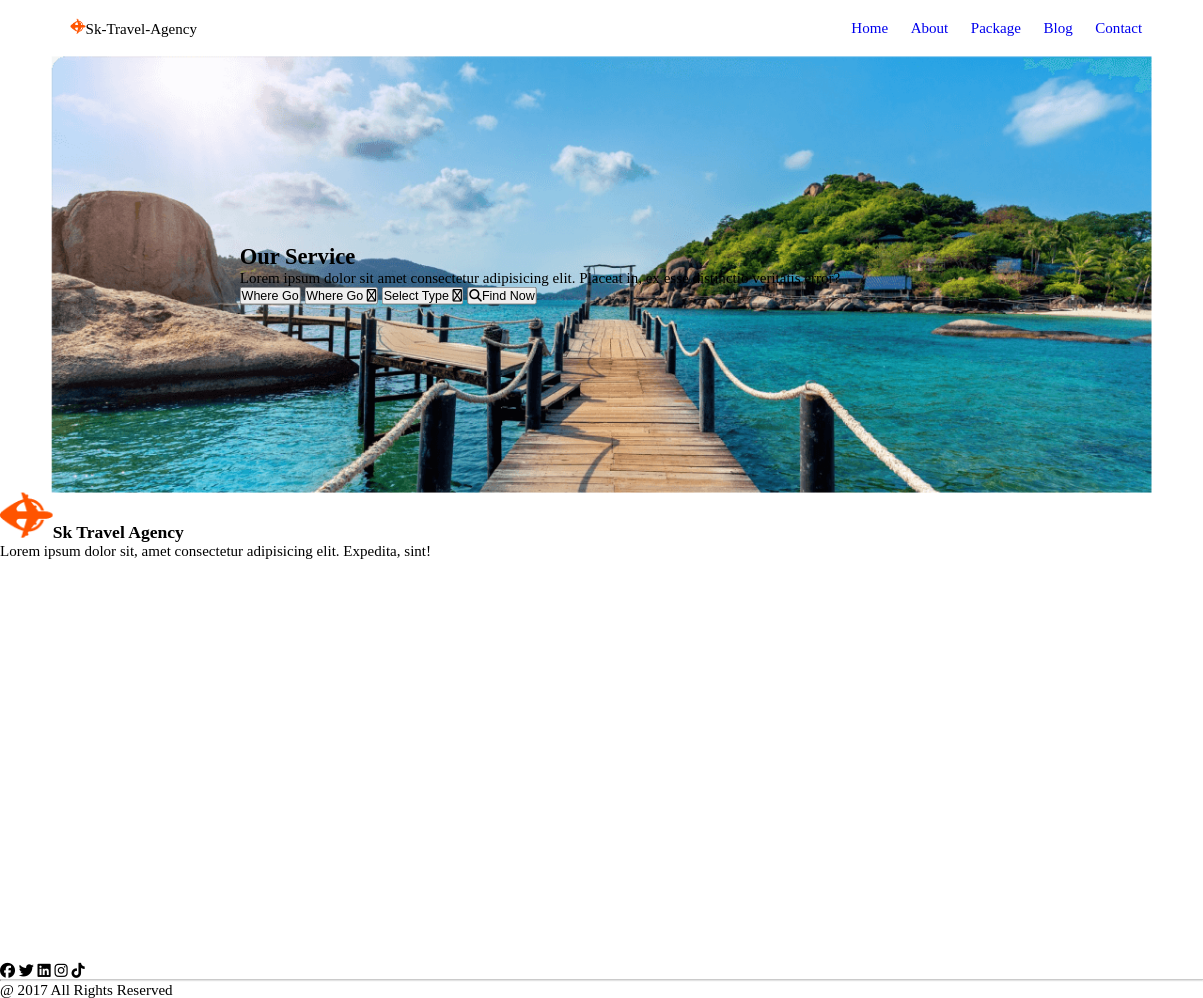
Repository: sumonkumarsarkar/Sk-Travel-Agency-
Page: index.html
The author's editor kept a copy of each file at every save. The page is drawn from the files as they stood at one save, then again after the next save.
The browser window is 1280 px wide. The pictures show the whole page, at 94% of full size.

Above is the page before, as saved 2024-01-17 05:12:35.

### index.html
<!DOCTYPE html>
<html lang="en">
<head>
    <meta charset="UTF-8">
    <meta name="viewport" content="width=device-width, initial-scale=1.0">
    <title>Sk-Travel-Agency</title>
    <link rel="stylesheet" href="./style.css">

    <link rel="stylesheet" href="https://cdnjs.cloudflare.com/ajax/libs/font-awesome/6.5.1/css/all.min.css" integrity="sha512-DTOQO9RWCH3ppGqcWaEA1BIZOC6xxalwEsw9c2QQeAIftl+Vegovlnee1c9QX4TctnWMn13TZye+giMm8e2LwA==" crossorigin="anonymous" referrerpolicy="no-referrer" />
</head>
<body>
    <header>
<nav>
    <div class="icon-header">
        <p> <span><img src="./Images/Group 40071 (2).png" alt=""></span>Sk-Travel-Agency</p>
    </div>
    <div class="menu-header">
        <ul>
            <li><a href="#">Home</a></li>
            <li><a href="#">About</a></li>
            <li><a href="#">Package</a></li>
            <li><a href="#">Blog</a></li>
            <li><a href="#">Contact</a></li>
        </ul>
    </div>
</nav>

<section>
    <div class="banner-section">
       <div class="banner-text">
        <h2>Our Service</h2>
        <p>Lorem ipsum dolor sit amet consectetur adipisicing elit. Placeat in, ex esse distinctio veritatis error?</p>
       </div>
       <div class="banner-button">
        <button type="button">Where Go</button>
        <button type="button">Where Go <span><i class="fa-regular fa-angle-down"></i></span></button>
        <button type="button">Select Type <span><i class="fa-regular fa-angle-down"></i></span></button>
        <button type="button"> <span><i class="fa-solid fa-magnifying-glass"></i></span>Find Now</button>
       </div>
    </div>
</section>
    </header>
    <main>

    </main>









        <footer>
            <div class="container">

                    <div class="nornal-text">
                           <h3> <span><img src="./Images/Group 40071 (2).png" alt=""></span>Sk Travel Agency</h3>
                            <p>Lorem ipsum dolor sit, amet consectetur adipisicing elit. Expedita, sint!</p>
                    </div>

                <div class="icon-img">
                    <i class="fa-brands fa-facebook"></i>
                    <i class="fa-brands fa-twitter"></i>
                    <i class="fa-brands fa-linkedin"></i>
                    <i class="fa-brands fa-instagram"></i>
                    <i class="fa-brands fa-tiktok"></i>
                </div>

                <hr>

               <div class="last-text">
                 <p>@ 2017 All Rights Reserved</p>

               </div>


         </footer>





</body>
</html>

### style.css
*{
    margin: 0;
    padding: 0;
}


/* header menu bar start  */

header{
    max-width: 1170px;
    background:#FFF;
    margin: 0 auto;

}
nav{
    display: flex;
    justify-content: space-between;
    align-items: center;
}
.icon-header{
    align-items: center;
    padding:20px;
}
.icon-header img{
    width: 1rem;
    height: 1rem;
}
.menu-header ul{
    list-style: none;

}
.menu-header ul li{
   display: inline-block;
   padding: 10px 10px;

}
.menu-header ul li a{
    text-decoration: none;
}

.banner-section{
    background-image: url("./Images/Group 13 (1) (1).png");

}
.banner-section{


    padding: 200px 200px;


}

/* header menu bar end  */


/* footer section start  */
.container .nornal-text{
 justify-content: center;
 align-items: center;
 margin: 0 auto;
 height: 500px;
}
.nornal-text{
 justify-content: center;
 align-items: center;
 margin: 0 auto;
 height: 500px;
}

/* footer section end  */

After the next save:
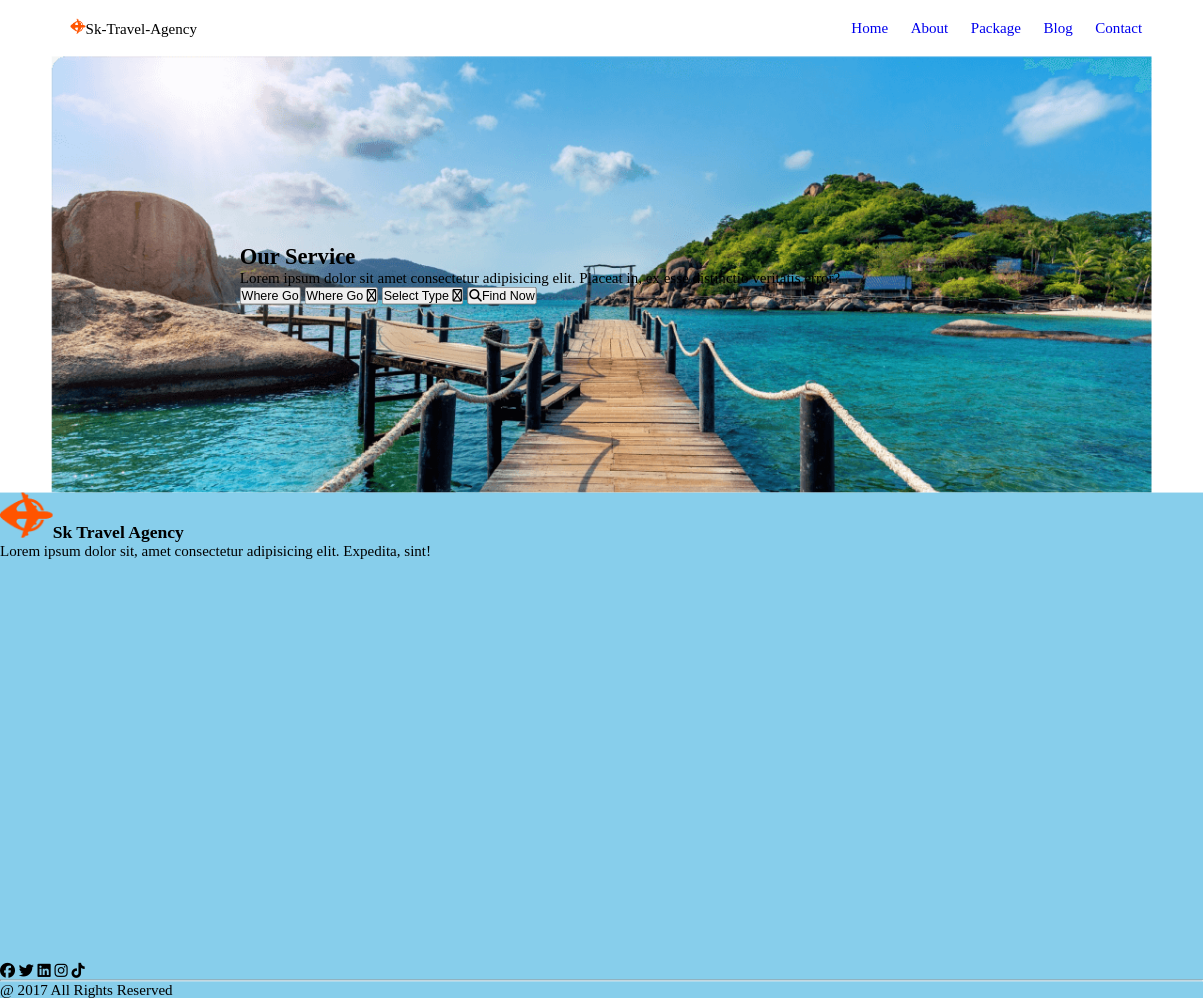
Saved 25 s later.
--- a/style.css
+++ b/style.css
@@ -54,11 +54,8 @@ nav{
 
 
 /* footer section start  */
-.container .nornal-text{
- justify-content: center;
- align-items: center;
- margin: 0 auto;
- height: 500px;
+.container{
+ background: skyblue;
 }
 .nornal-text{
  justify-content: center;
